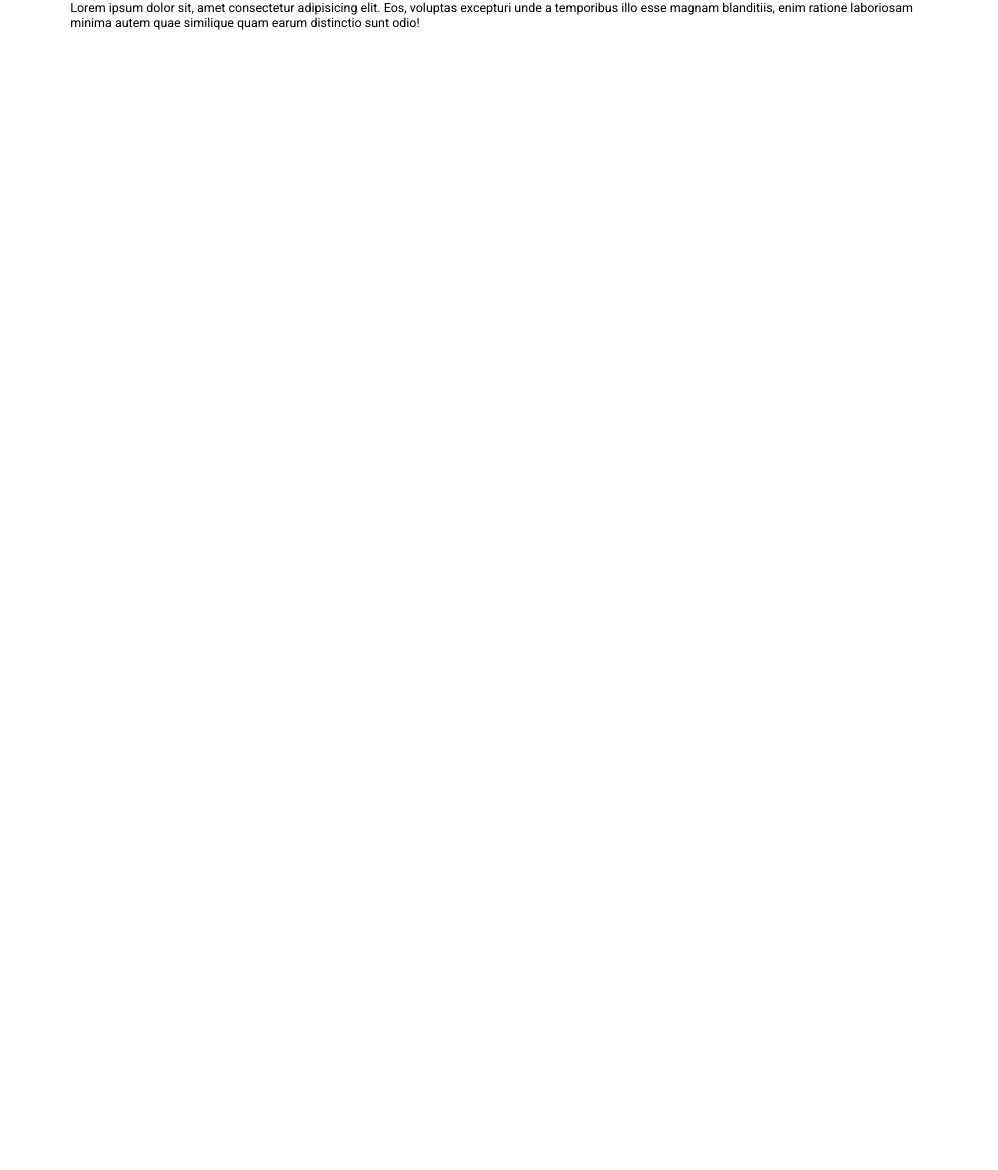
Repository: AmelYahyaoui/journal
Page: index.html
These files come from the project's save history. The page is drawn as it stood at one moment and after a run of saves; the edit follows.
The browser window is 1280 px wide. The pictures show the whole page, at 78% of full size.
Some web libraries are served in a nearby version.

Above is the page before, as saved 2024-10-08 13:13:18.

### index.html
<!DOCTYPE html>
<html lang="en">
<head>
  <meta charset="UTF-8">
  <meta name="viewport" content="width=device-width, initial-scale=1.0">
  <link rel="stylesheet" href="./css/style.css">
  <!-- font awesome pour les icons -->
  <script src="https://kit.fontawesome.com/86cd9e8130.js" crossorigin="anonymous"></script>
  <link rel="stylesheet" media="only screen and (max-width:500px)"  href="./css/style.mobile.css">
  <!-- googl fonts(font family on deux:staatliches et roboto) -->
  <link href="https://fonts.googleapis.com/css2?family=Staatliches&display=swap" rel="stylesheet">
  <link href="https://fonts.googleapis.com/css2?family=Roboto:ital,wght@0,100;0,300;0,400;0,500;0,700;0,900;1,100;1,300;1,400;1,500;1,700;1,900&family=Staatliches&display=swap" rel="stylesheet">
  <title>Journal | Acceuil</title>
</head>
<body>
  <div class="container"> Lorem ipsum dolor sit, amet consectetur adipisicing elit. Eos, voluptas excepturi unde a temporibus illo esse magnam blanditiis, enim ratione laboriosam minima autem quae similique quam earum distinctio sunt odio!</div>
  <!-- <header>
    <a href="#" class="logo">le journal</a>
     <ul>
      <li><a href="">Devenir membre</a></li>
      <li><a class="text-primary" href="">Connexion</a></li>
      <li><button class="btn btn-light" href="">Inscription</></li>
     </ul> -->
    <!-- <nav>
      <a href="#">TECH</a>
      <a href="#">MODE</a>
      <a href="#">POLITIQUE</a>
      <a href="#">SOCIAL</a>
      <a href="#">BOUTIQUE</a>
      <a href="#">BLOG</a>
    </nav> -->
    <!-- <section class="">
    <article class="partie1">
      <img src="img/img/bloc-1.jpeg" alt="">
      <h3>Lorem ipsum dolor sit amet consectetur adipisicing.</h3>
      <p>Lorem ipsum dolor sit amet consectetur adipisicing elit. Ex necessitatibus minima quibusdam modi ipsa quisquam temporibus, quidem ad obcaecati ducimus totam doloribus corporis repudiandae beatae eos assumenda voluptatem placeat debitis!</p>
      <p>Lorem, ipsum.</p>
      <p>Oct 23 - 16 min read</p>
      <icons></icons>
    </article>
    <article class="">
      <img src="img/img/bloc-2.jpeg" alt="">
      <h3></h3>
      <p></p>
      <p></p>
      <p></p>
      <icons></icons>
    </article>
    <article class="">
      <img src="img/img/bloc-3.jpeg" alt="">
      <h3></h3>
      <p></p>
      <p></p>
      <p></p>
      <icons></icons>
    </article>
    <article class="">
      <img src="img/img/bloc-4.jpeg" alt="">
      <h3></h3>
      <p></p>
      <p></p>
      <p></p>
      <icons></icons>
    </article>
    <article class="">
      <img src="img/img/bloc-5.jpeg" alt="">
      <h3></h3>
      <p></p>
      <p></p>
      <p></p>
      <icons></icons>
    </article>
  </section> -->
  </header>
</body>
</html>

### css/style.css
/* & reset */
* {
  margin: 0;
  padding: 0;
  box-sizing: border-box;
}

/* ^ general  */
/* def pour color */
:root {
  --primary: #be2529;
  --dark: #333;
  --secondary: #0d0d0d;
  --gray: #ddd;
  --gray-light: #eee;
  --gray-hint: #555;

}

/* pour tout html */
:root {
  font-size: 62.5%;
}

body {
  font-family: "Roboto", sans-serif;
  font-size: 1.6rem;

}

h1,
h2,
h3,
h4,
h5,
h6 {
  font-family: "Staatliches", cursive;
}

a {
  font-size: 1.6rem;
  color: var(--dark);
  text-decoration: none;
}

ul {
  list-style: none;
}

/* ~ utility */
.container {
  display: block;
  margin: auto;
  max-width: 1100px;
  height: 1500px;
  bg
}

.text-primary {
  color: var(--primary);
}

/* hover simple */
.text-primary:hover {
  opacity: 0.8;
}

.btn {
  font-size: 1.6rem;
  padding: 1rem 1rem;
  border-radius: 0.5rem;
  cursor: pointer;
  border: 0px;
  -webkit-border-radius: 0.5rem;
  -moz-border-radius: 0.5rem;
  -ms-border-radius: 0.5rem;
  -o-border-radius: 0.5rem;
  transition: 0.2s;
  -webkit-transition: 0.2s;
  -moz-transition: 0.2s;
  -ms-transition: 0.2s;
  -o-transition: 0.2s;
}

.btn-light {
  background: white;
  border: 1px solid var(--primary);
  color: var(--primary);
}

.btn-light:hover {
  background: var(--primary);
  color: white
}


/* ~ Header */

header {
  display: grid;
  grid-template-columns: 1fr auto;
  place-items: center start;
  line-height: 3.5rem;
  margin: 0.5rem auto;
}

header .logo {
  font-size: 3rem;
  font-family: "Staatliches", cursive;
}

header a {
  display: block;
  padding: 1rem;
}

header ul {
  display: flex;
  align-items: center;
}

header ul li {
  padding: 1rem 1.5rem;
}

/* ^ Navbar */
nav{
  display: flex;
  padding: 1rem;
  justify-content: center;
  gap: 50px;
  position: sticky;
  top:0;
  background:#FFFFFF;
}

Loaded but not shown: css/style.mobile.css (no stored copy; drawn as an empty file)

After the next 4 saves:
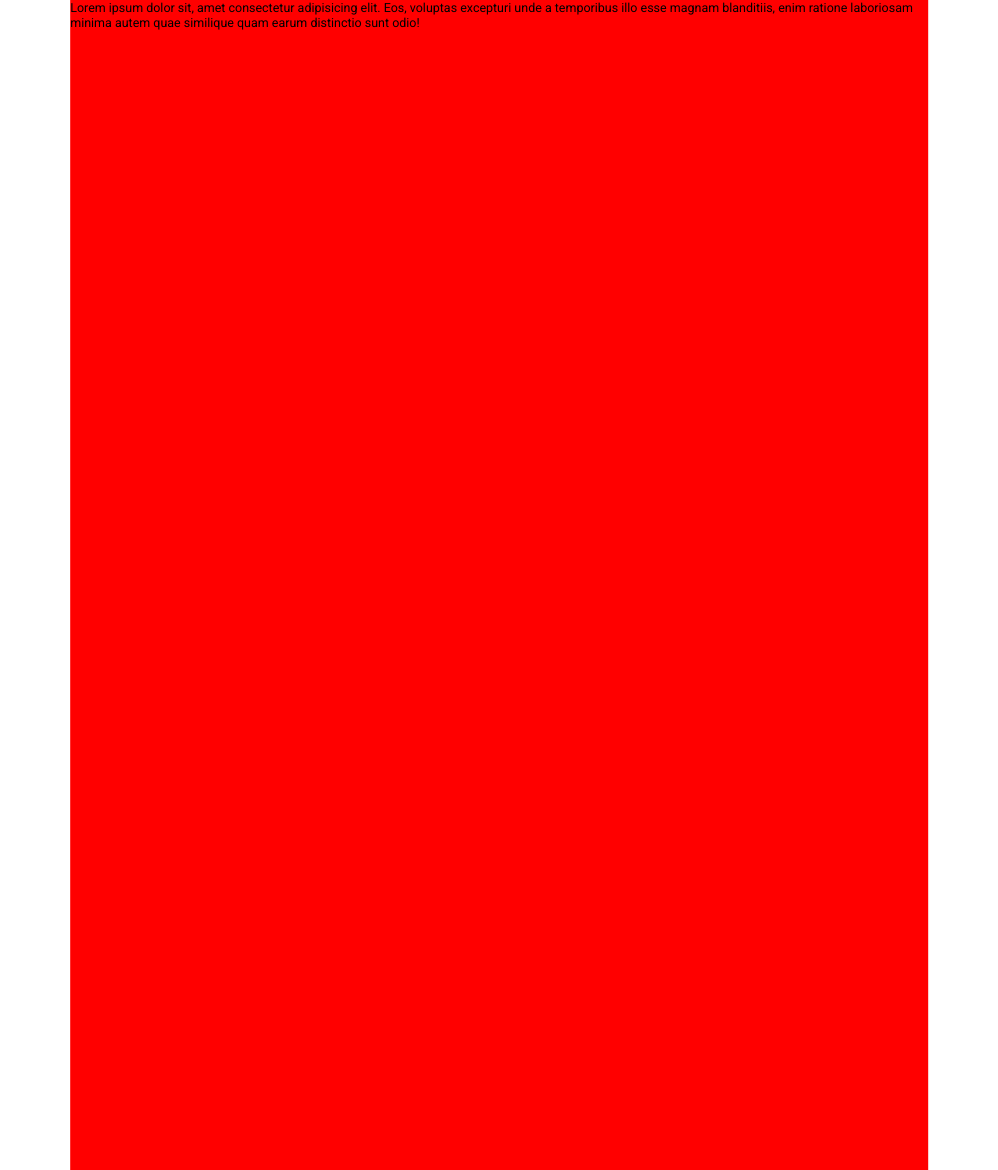
The 4 saves are shown as one change because they came seconds apart.
The last was saved 9 s later.
--- a/css/style.css
+++ b/css/style.css
@@ -53,7 +53,7 @@ ul {
   margin: auto;
   max-width: 1100px;
   height: 1500px;
-  bg
+  background-color: red;
 }
 
 .text-primary {
